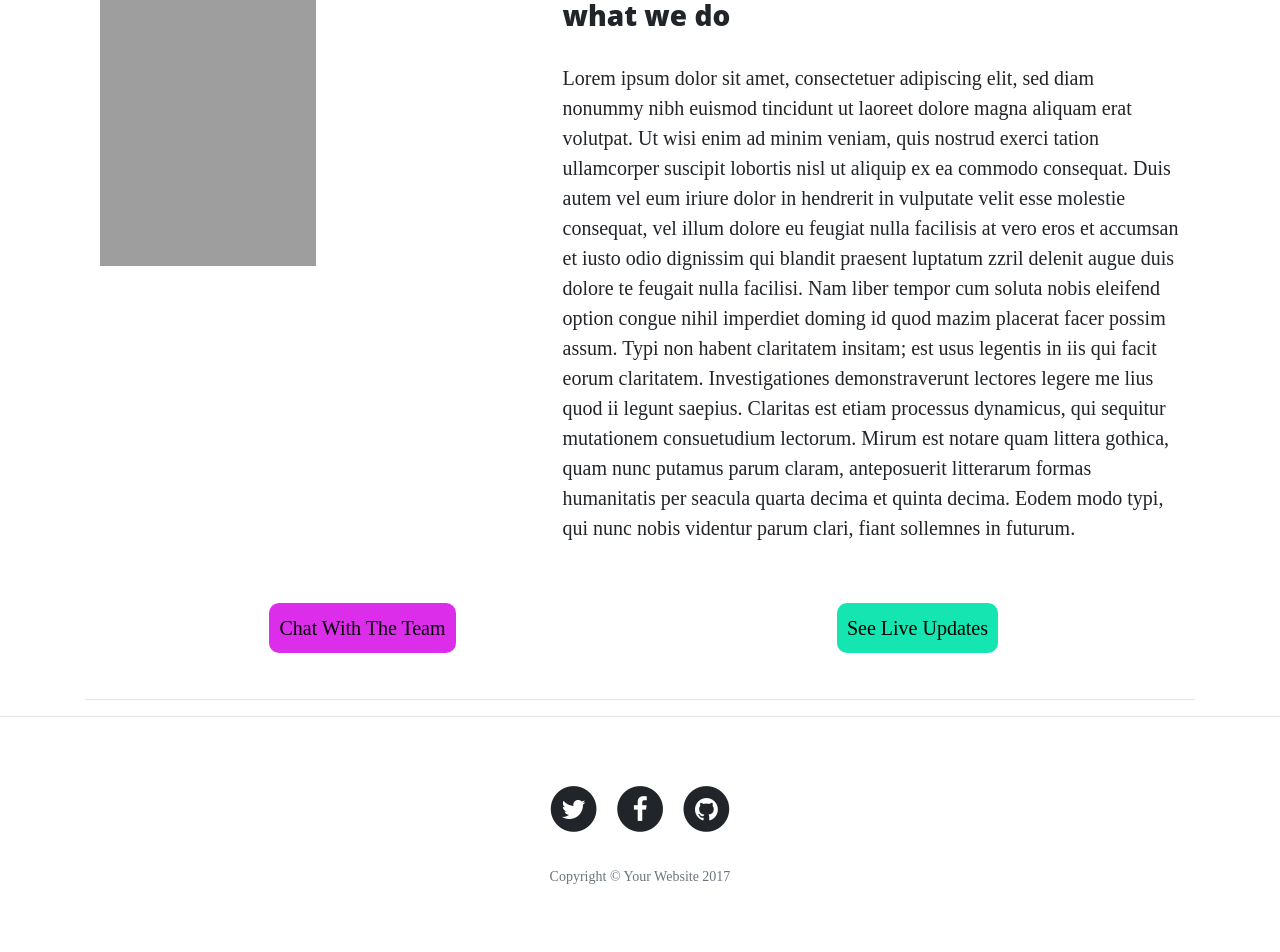
Repository: cachimiro/los-pochoclos
Page: http://localhost/charity
The author's editor kept a record of every edit. The page is drawn from the files as they stood at one moment, then again after the next edit.
The browser window is 1280 px wide. The pictures show the part of the page from y = 1902 to 2854 px (the page is 2854 px tall).
Pictures or frames that could not be fetched are drawn as grey boxes. The page is served by the project's application, run on Flask 3 (run.py).

Above is the page before.

After the next edit:
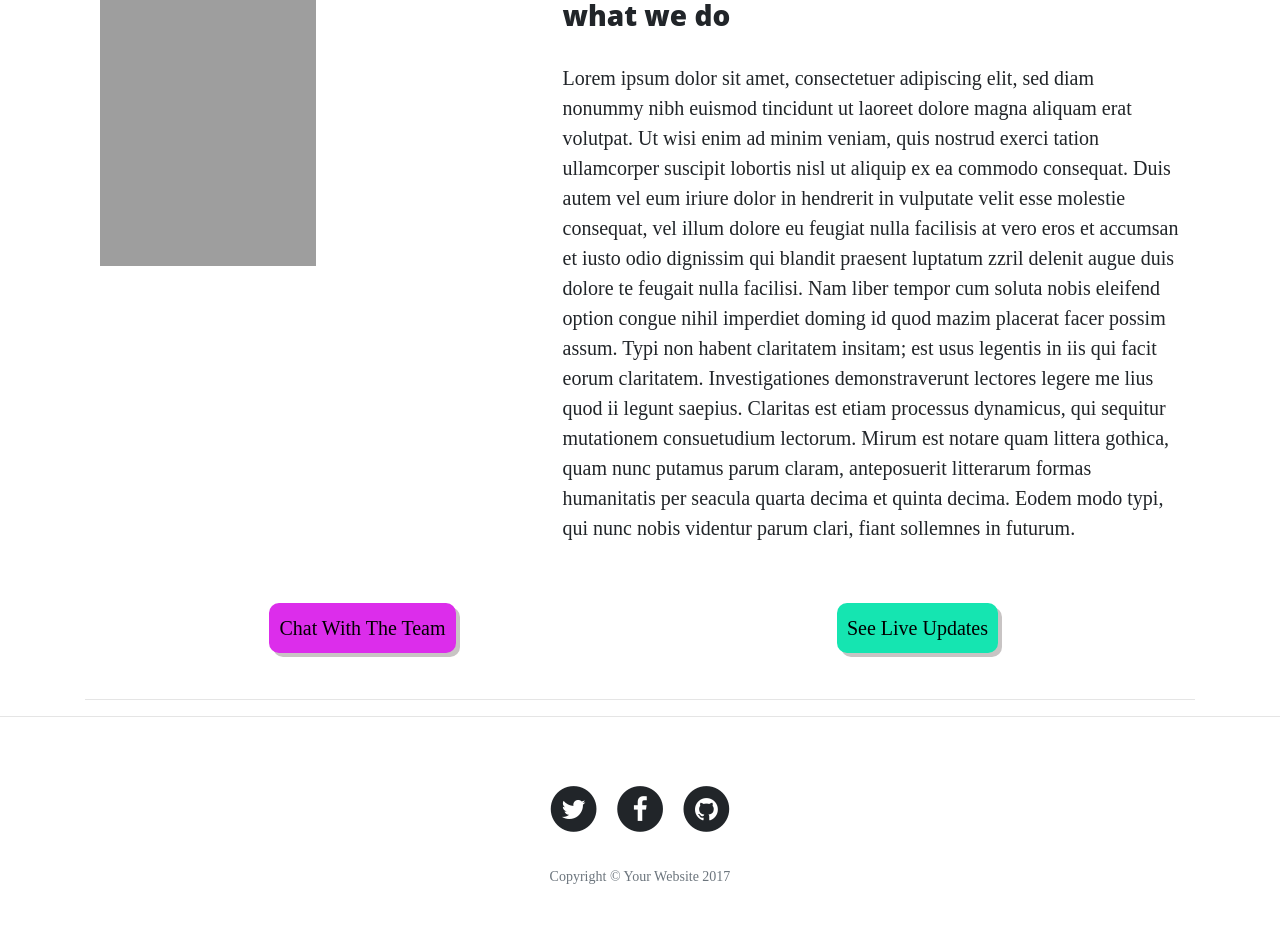
The edit:
--- a/templates/charity.html
+++ b/templates/charity.html
@@ -72,6 +72,7 @@
   text-decoration:none;
   background-color:#dc2deb;
   border:none;
+  box-shadow: 4px 4px #c8c4c4;
 }
 .colour-change{
   background-color: #15e5b1;
